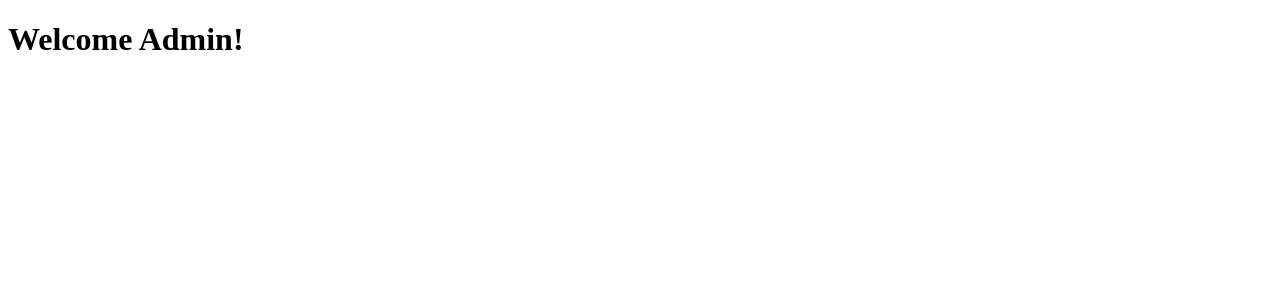
Repository: kusourav/eclipse-workspace
Page: http://localhost/DashBord/Main.jsp
These files come from the project's save history. The page is drawn as it stood at one moment and after the next save; the edit follows.
The browser window is 1280 px wide. The pictures show the whole page.
The page is served by Tomcat 9.

Above is the page before, as saved 2019-07-27 12:19:48.

After the next save:
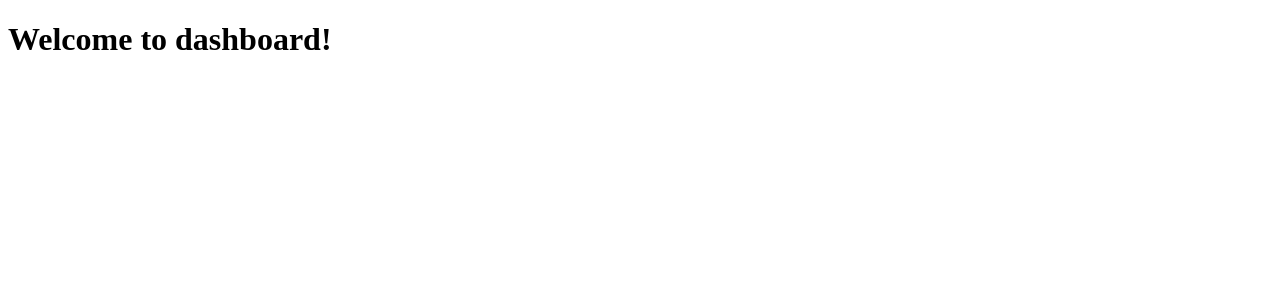
Saved 12 s later.
--- a/DashBord/WebContent/Main.jsp
+++ b/DashBord/WebContent/Main.jsp
@@ -7,6 +7,6 @@
 <title>Welcome to DashBoard</title>
 </head>
 <body>
-<h1>Welcome Admin!</h1>
+<h1>Welcome to dashboard!</h1>
 </body>
 </html>
